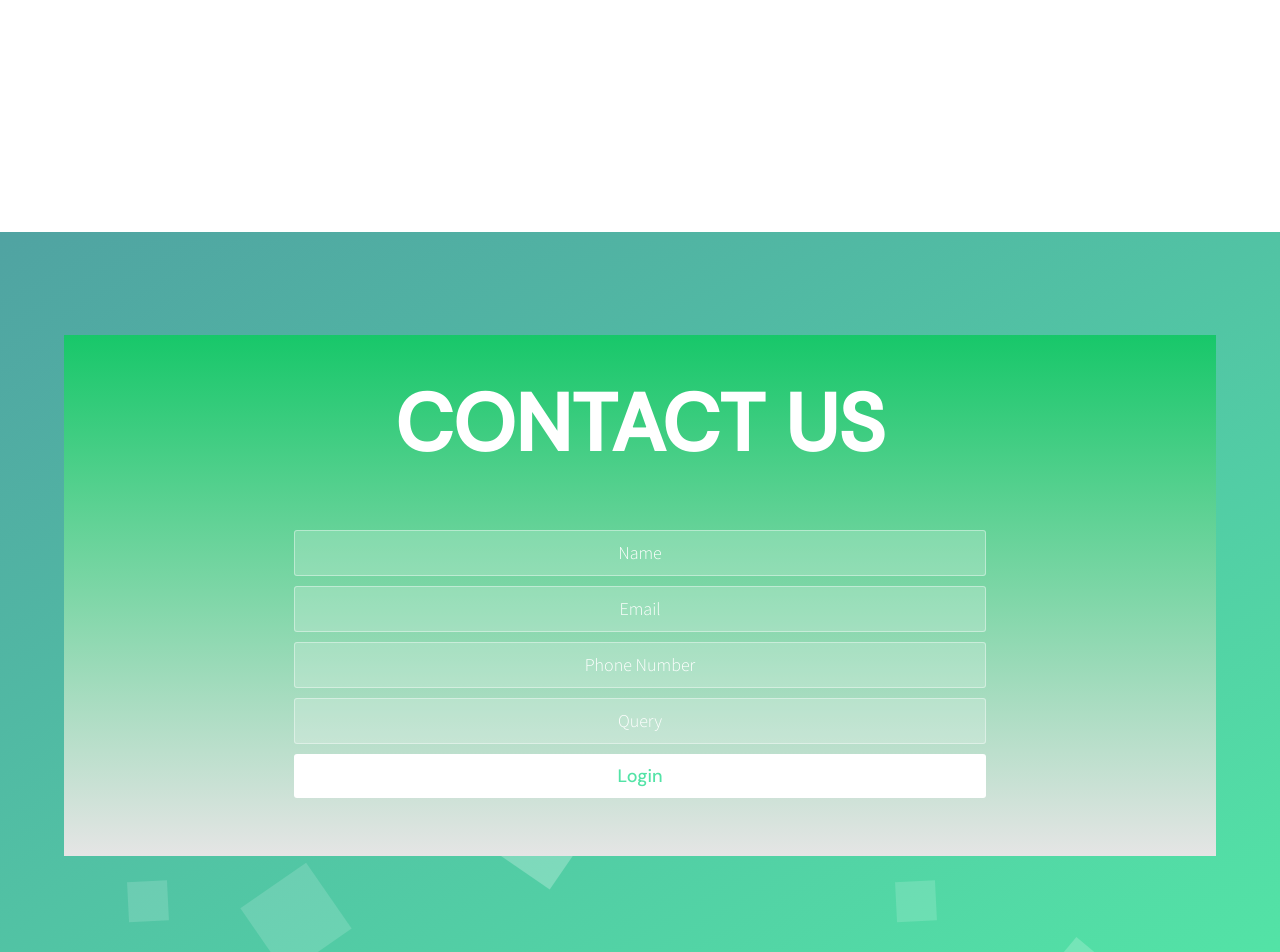
Repository: Jrap-bit/PeriodofSharing
Page: index.html
The author's editor kept a copy of each file at every save. The page is drawn from the files as they stood at one save, then again after the next save.
The browser window is 1280 px wide. The pictures show the part of the page from y = 1325 to 2277 px (the page is 2277 px tall).

Above is the page before, as saved 2022-01-16 01:27:47.

After the next save:
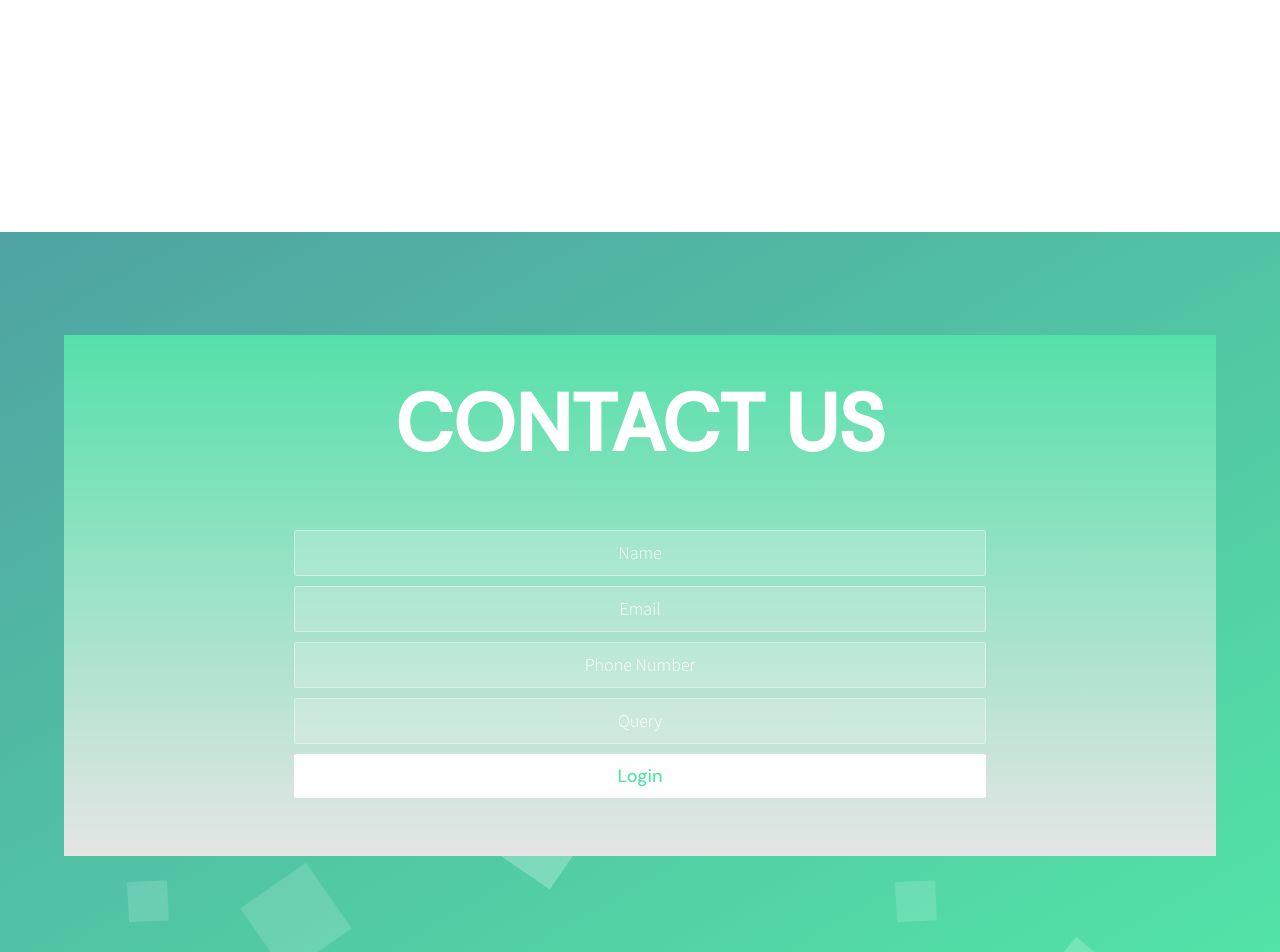
Saved 29 s later.
--- a/style.css
+++ b/style.css
@@ -74,7 +74,7 @@ form {
     display:flexbox;
     justify-content: center;
     align-items: center;
-    background: linear-gradient(rgba(2, 197, 93, 0.9), rgba(231, 231, 231, 0.8)), #ddd;
+    background: linear-gradient(#55e0a9, rgba(231, 231, 231, 0.8)), #ddd;
     padding: 5% 0;
     position: relative;
     z-index: 2;
